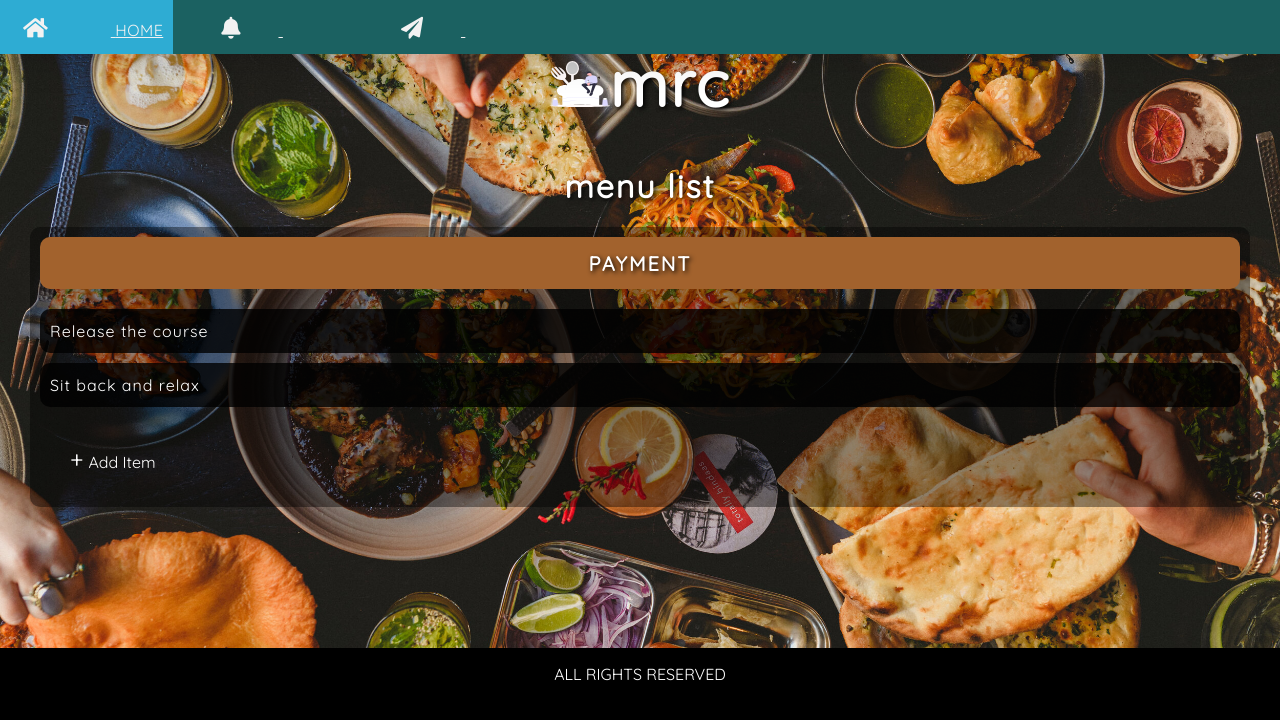
Repository: Anasooya2601/drag-and-drop
Page: home.html
The author's editor kept a copy of each file at every save. The page is drawn from the files as they stood at one save, then again after the next save.
The browser window is 1280 px wide. The pictures show the whole page.
Some web libraries are served in a nearby version.

Above is the page before, as saved 2021-02-15 23:30:07.
Console error: TypeError: Cannot set properties of null (setting 'textContent')

After the next save:
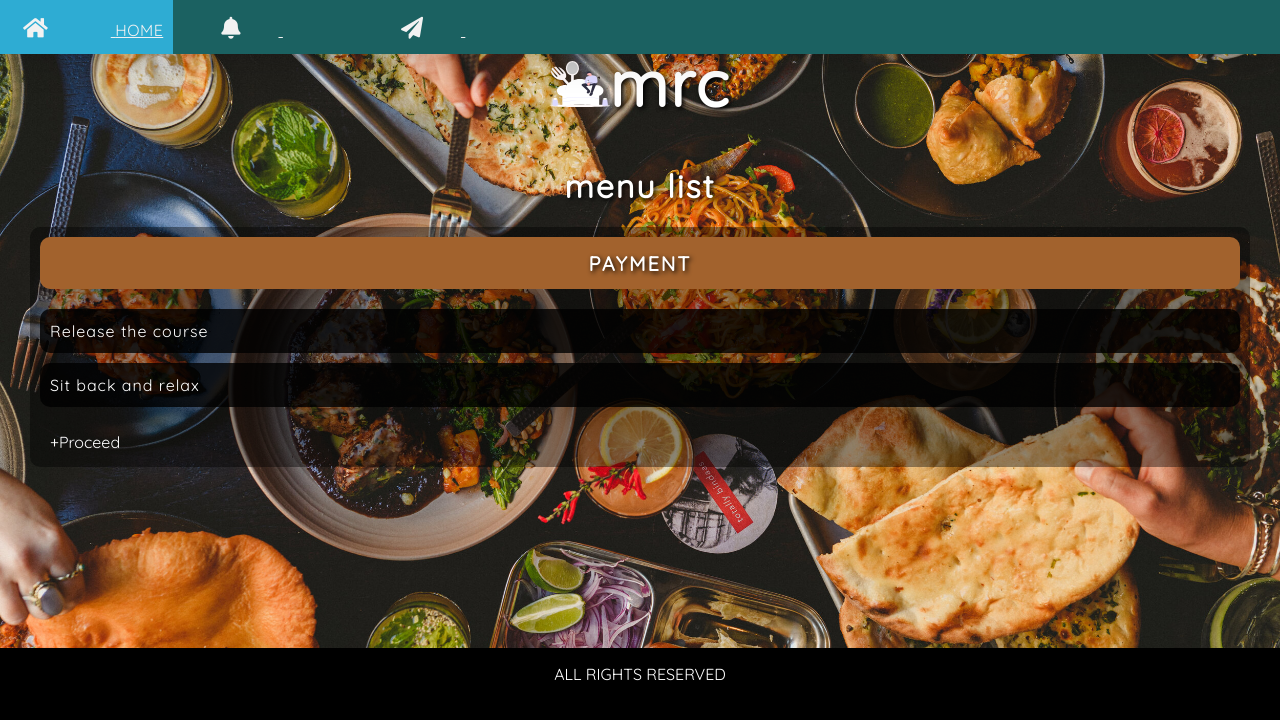
Saved 19 s later.
--- a/home.html
+++ b/home.html
@@ -52,13 +52,10 @@
             <!-- Add Button Group -->
             <div class="add-btn-group">
               <div class="add-btn " onclick="showInputBox(1)>
+              <span class="plus-sign">+</span>
                     <span>Proceed</span>
                 </div>
-                <div class="add-btn-group">
-                    <div class="add-btn" onclick="showInputBox(1)">
-                        <span class="plus-sign">+</span>
-                        <span>Add Item</span>
-                    </div>
+
 
             </div>
 
